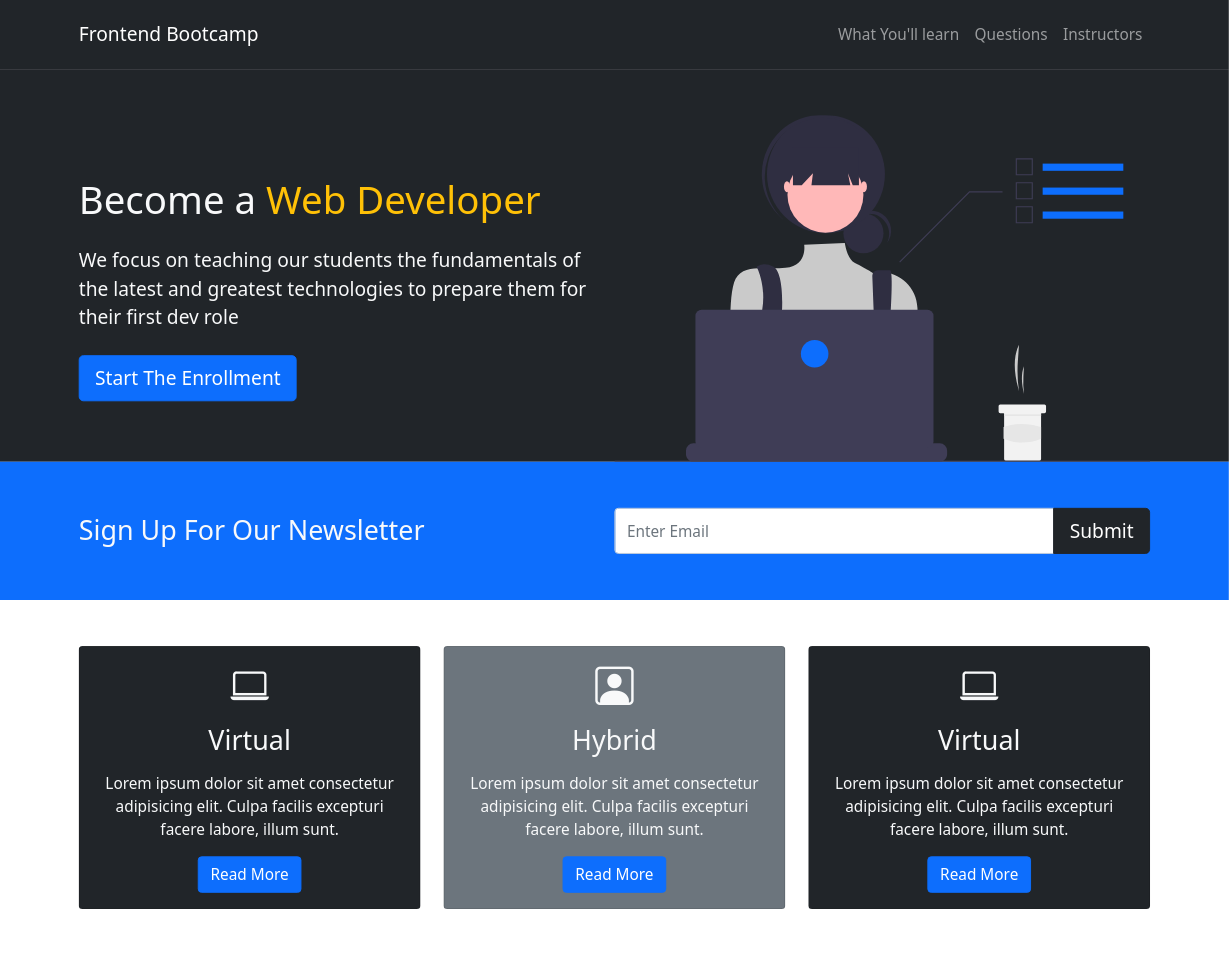
Repository: Marhamat92/Bootstrap5-Responsive-Website-
Page: index.html
These files come from the project's save history. The page is drawn as it stood at one moment and after the next save; the edit follows.
The browser window is 1280 px wide. The pictures show the whole page, at 96% of full size.
Some web libraries are served in a nearby version.

Above is the page before, as saved 2021-09-18 17:26:44.

After the next save:
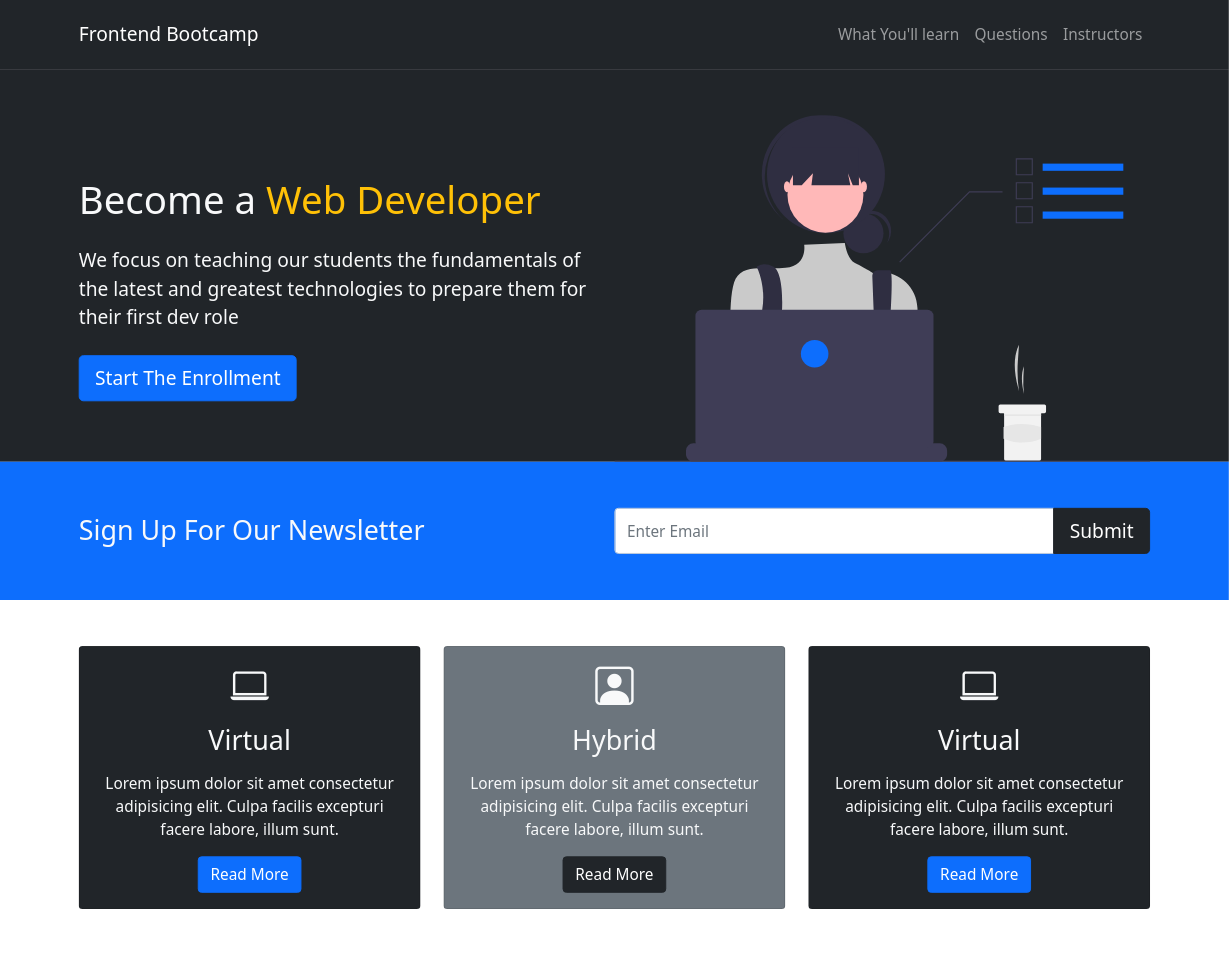
Saved 21 s later.
--- a/index.html
+++ b/index.html
@@ -95,7 +95,7 @@
                             <p class="card-text">
                                 Lorem ipsum dolor sit amet consectetur adipisicing elit. Culpa facilis excepturi facere labore, illum sunt.
                             </p>
-                            <a href="#" class="btn btn-primary">Read More</a>
+                            <a href="#" class="btn btn-dark">Read More</a>
                         </div>
                     </div>
                 </div>
